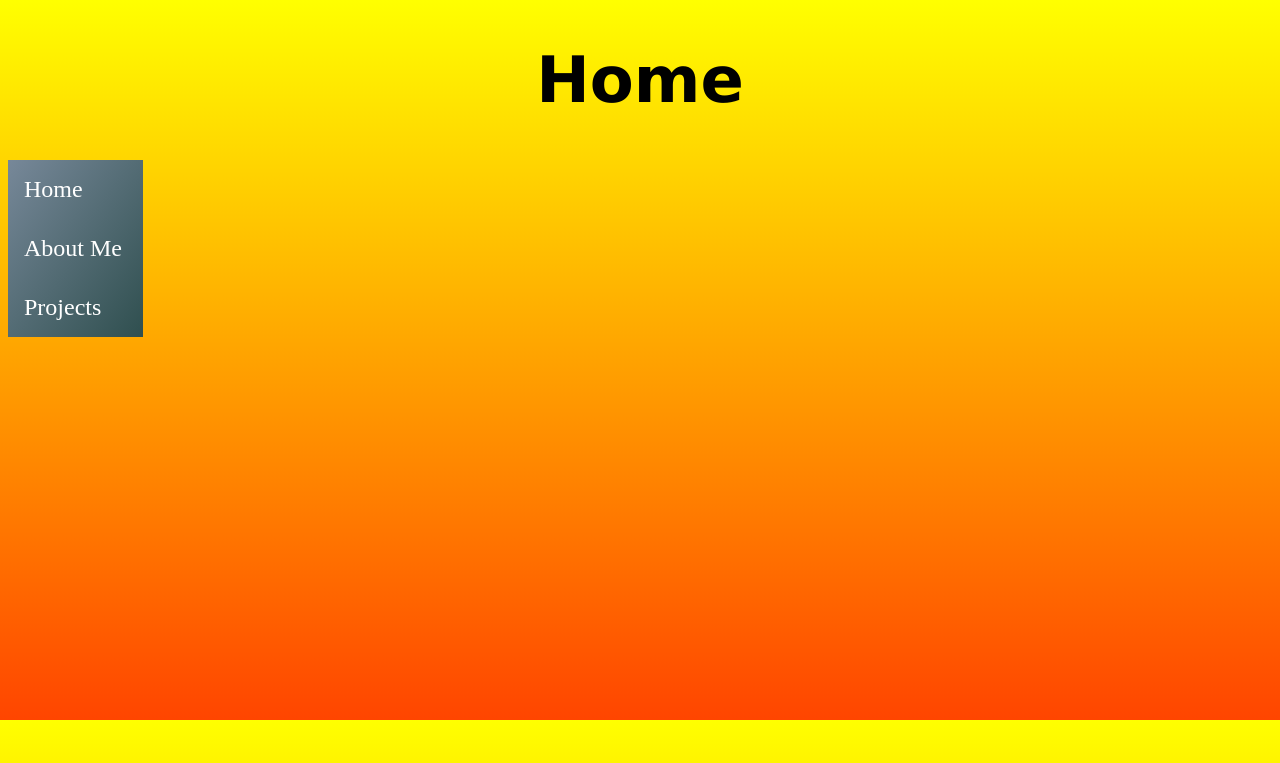
Repository: brody-toth/brody-toth.github.io
Page: project3.html
The author's editor kept a record of every edit. The page is drawn from the files as they stood at one moment, then again after the next edit.
The browser window is 1280 px wide. The pictures show the whole page.

Above is the page before.

After the next edit:
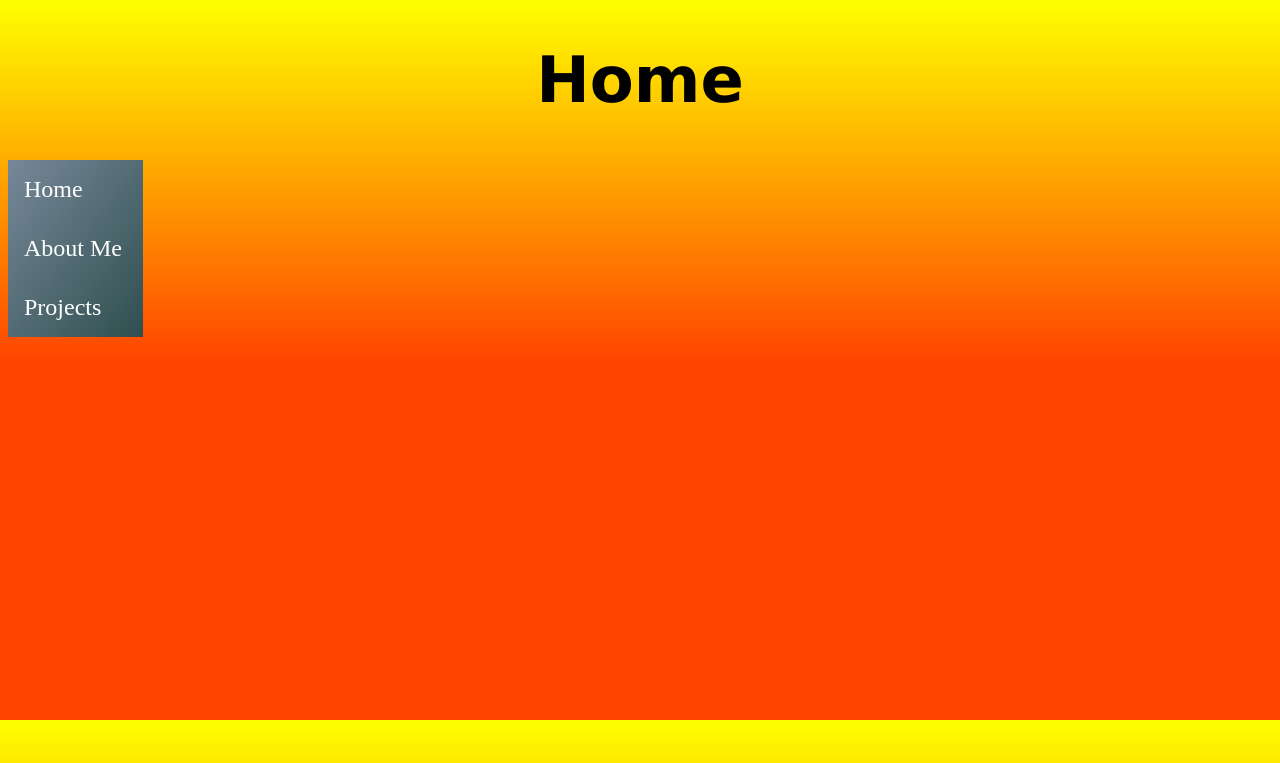
The edit:
--- a/style.css
+++ b/style.css
@@ -3,7 +3,7 @@
 }
 
 body{
-    background-image: linear-gradient(to bottom, yellow, orangered);
+    background-image: linear-gradient(to bottom, yellow, orangered 50%);
 }
 
 .navbar{
